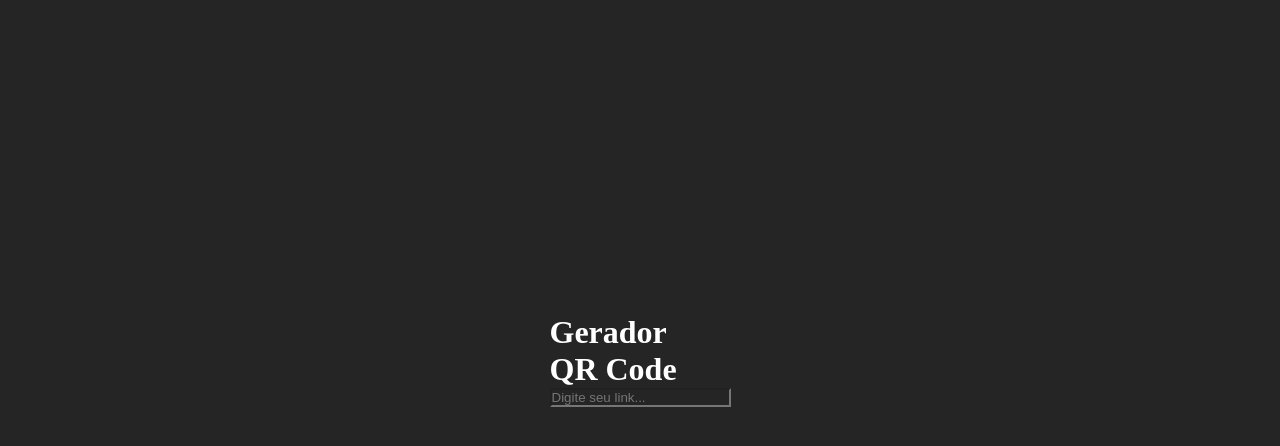
Repository: odiloalmeida/qrcode-generator
Page: /
These files come from the project's save history. The page is drawn as it stood at one moment and after the next save; the edit follows.
The browser window is 1280 px wide. The pictures show the whole page.
The project was rebuilt for these pictures with package versions that can differ from the ones it lists, and the page was loaded fresh each time. Also part of the build but not shown: vite.config.js.

Above is the page before, as saved 2022-11-22 18:44:53.

### index.html
<!DOCTYPE html>
<html lang="pt-BR">
  <head>
    <meta charset="UTF-8" />
    <link rel="icon" type="image/svg+xml" href="/vite.svg" />
    <meta name="viewport" content="width=device-width, initial-scale=1.0" />
    <title>QrCode Generator</title>
  </head>
  <body>
    <div id="root"></div>
    <script type="module" src="/src/main.jsx"></script>
  </body>
</html>

### src/App.jsx
import { useState } from 'react'
import './App.css'

function App() {
  const [count, setCount] = useState(0)

  return (
    <div className="App">
      <div className='container-wrap'>
        <h1>Gerador</h1>
        <h1>QR Code</h1>
        <input
        className='input'
        placeholder='Digite seu link...'/>
      </div>
    </div>
  )
}

export default App

### src/App.css
* {
  background-color: #252525;
  color: #fff;
  padding: 0;
  margin: 0;
  box-sizing: border-box;
}

.App{
  display: flex;
  justify-content: center;
  align-items: center;
  flex-direction: column;
  width: 100vw;
  height: 100vh;
}

.App span{
  color: blue;
  margin-left: -15px;
  margin-top: 15px;
}

Loaded but not shown: src/main.jsx (common file)

After the next save:
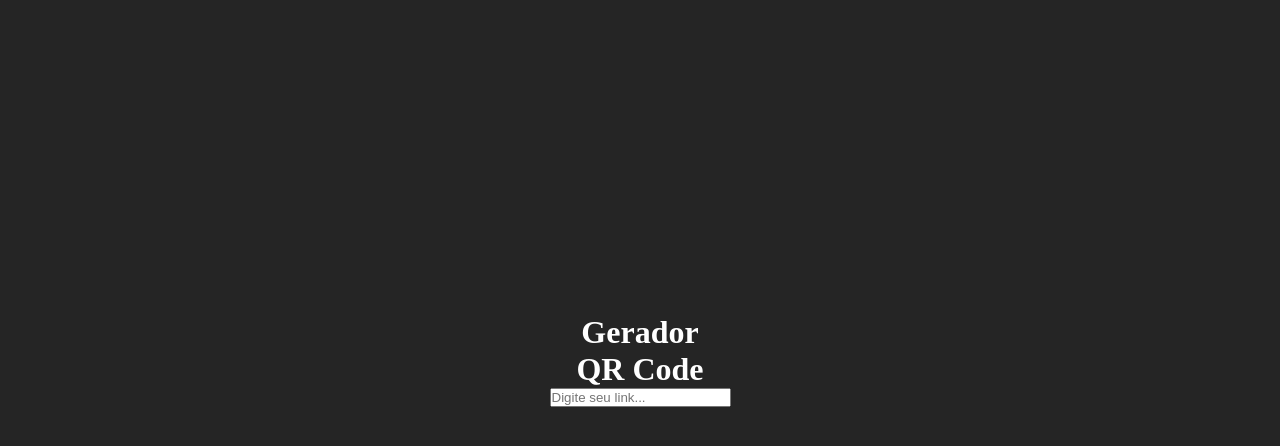
Saved 35 s later.
--- a/src/App.css
+++ b/src/App.css
@@ -1,12 +1,12 @@
 * {
-  background-color: #252525;
-  color: #fff;
   padding: 0;
   margin: 0;
   box-sizing: border-box;
 }
 
-.App{
+.container-wrap{
+  background-color: #252525;
+  color: #fff;
   display: flex;
   justify-content: center;
   align-items: center;
